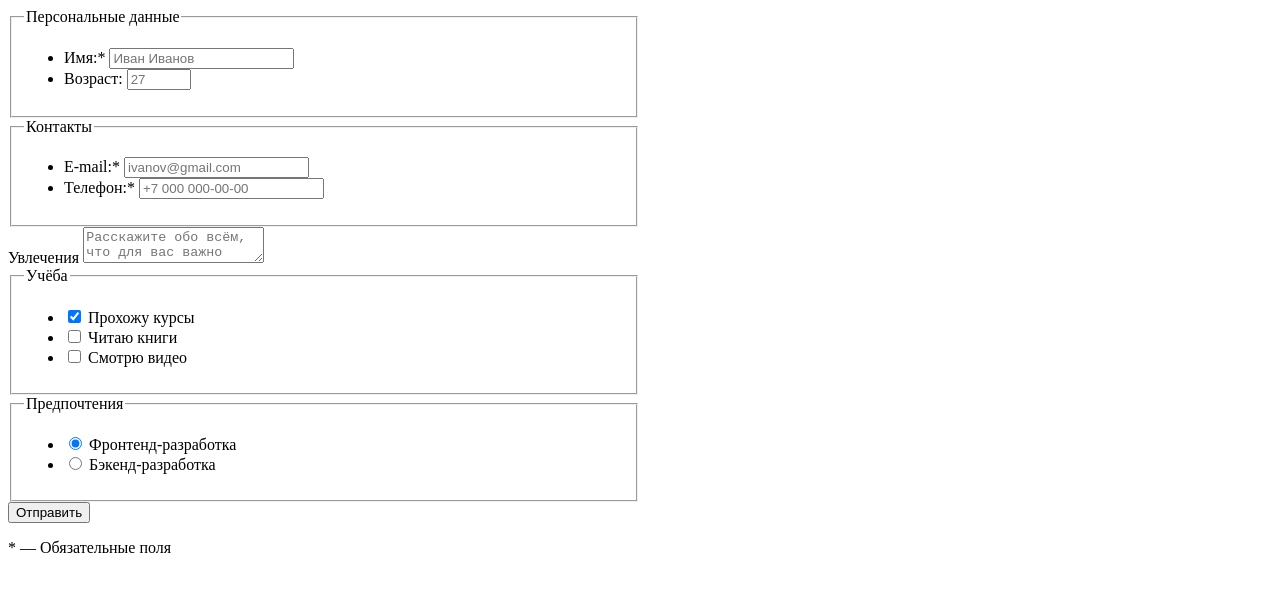
Repository: ssezmar/php...
Page: http://localhost/
These files come from the project's save history. The page is drawn as it stood at one moment and after a run of saves; the edit follows.
The browser window is 1280 px wide. The pictures show the whole page.
The page is run by PHP 8.4 with error messages shown; the project is at /var/www/html/.

Above is the page before, as saved 2025-09-10 12:09:53.

### public_html/index.php
<?php
echo "
<form action='#' method='post' target='_blank' style='width:50%'>

    <fieldset>
      <legend>Персональные данные</legend>
      <ul>
        <li>
          <label for='name'>Имя:*</label>
          <input type='text' name='name' placeholder='Иван Иванов' id='name' required>
        </li>
        <li>
          <label for='age'>Возраст:</label>
          <input type='number' name='age' placeholder='27' id='age' min='0' max='125'>
        </li>
      </ul>
    </fieldset>
    <fieldset>
      <legend>Контакты</legend>
      <ul>
        <li>
          <label for='email'>E-mail:*</label>
          <input type='email' name='mail' placeholder='ivanov@gmail.com' id='email' required>
        </li>
        <li>
          <label for='number'>Телефон:*</label>
          <input type='tel' name='phone' placeholder='+7 000 000-00-00' id='number' maxlength='21' required>
        </li>
      </ul>
    </fieldset>
    <div>
      <label for='message'>Увлечения</label>
      <textarea name='comment' placeholder='Расскажите обо всём, что для вас важно' id='message'></textarea>
    </div>
    <fieldset>
      <legend>Учёба</legend>
      <ul>
        <li>
          <input type='checkbox' name='intensive-courses' id='courses' checked>
          <label for='courses'>Прохожу курсы</label>
        </li>
        <li>
          <input type='checkbox' name='books' id='books'>
          <label for='books'>Читаю книги</label>
        </li>
        <li>
          <input type='checkbox' name='video' id='video'>
          <label for='video'>Смотрю видео</label>
        </li>
      </ul>
    </fieldset>
    <fieldset>
      <legend>Предпочтения</legend>
      <ul>
        <li>
          <input type='radio' name='preference' id='front' value='frontend' checked>
          <label for='front'>Фронтенд-разработка</label>
        </li>
        <li>
          <input type='radio' name='preference' id='back' value='backend'>
          <label for='back'>Бэкенд-разработка</label>
        </li>
      </ul>
    </fieldset>
    <div>
      <button type='submit'>Отправить</button>
      <p>* — Обязательные поля</p>
    </div>
  </form>
  "
  ?>

After the next 4 saves:
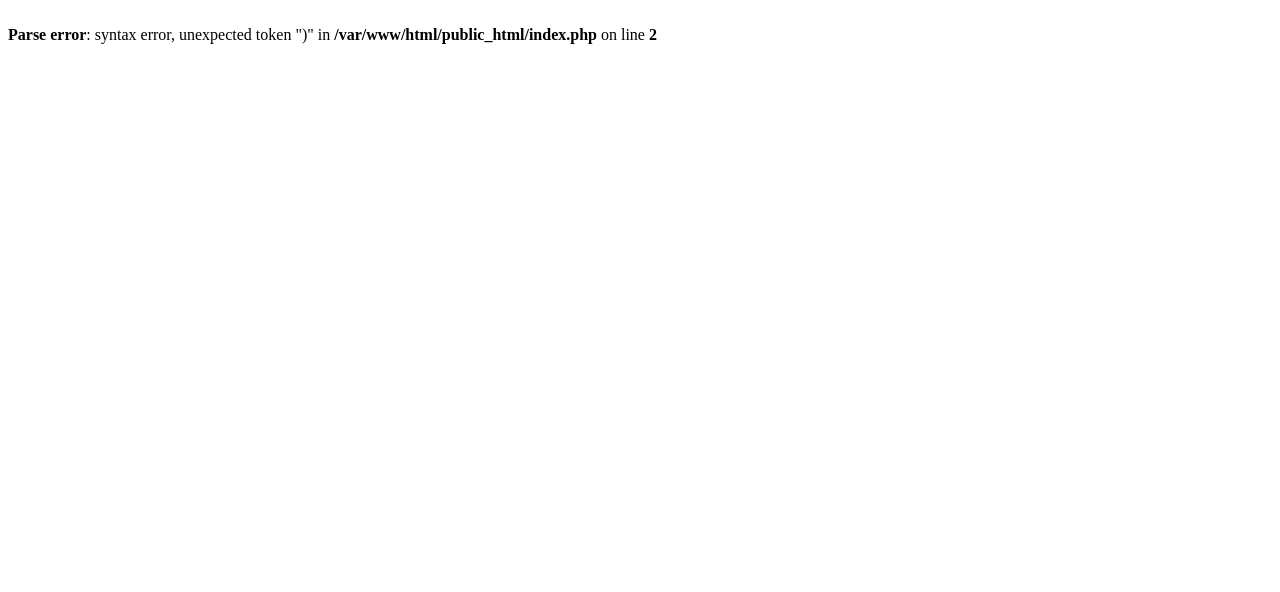
The 4 saves are shown as one change because they came seconds apart.
The last was saved 87 s later.
--- a/public_html/index.php
+++ b/public_html/index.php
@@ -1,4 +1,5 @@
 <?php
+print()
 echo "
 <form action='#' method='post' target='_blank' style='width:50%'>
 

After the save that followed:
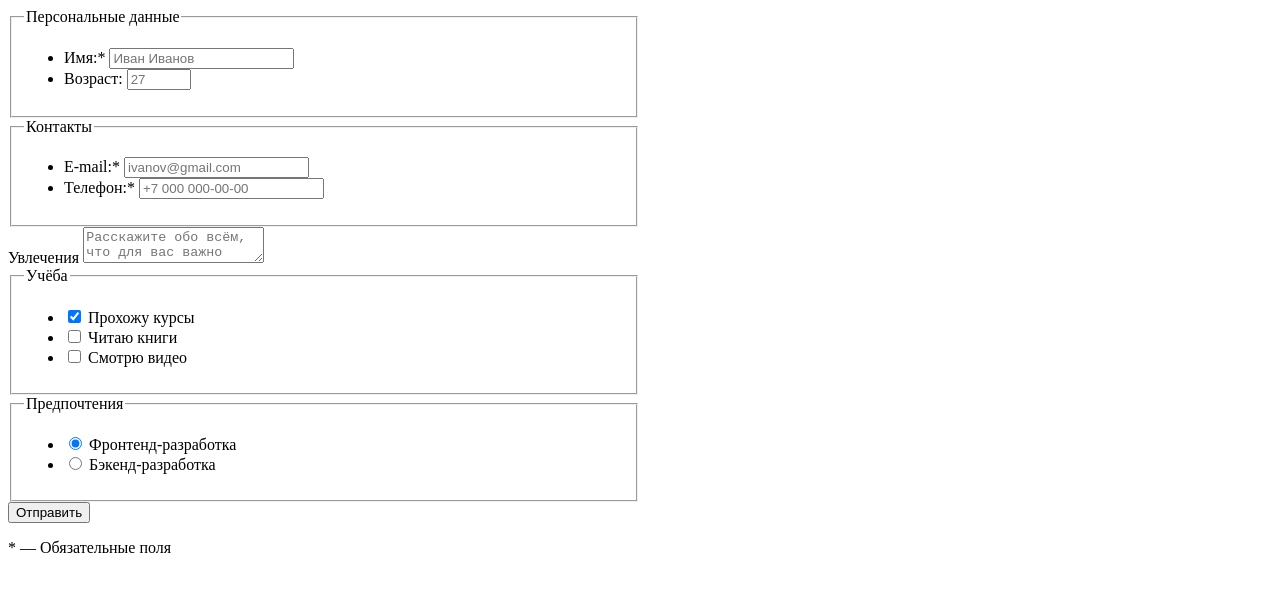
Saved 4 s later.
--- a/public_html/index.php
+++ b/public_html/index.php
@@ -1,5 +1,4 @@
 <?php
-print()
 echo "
 <form action='#' method='post' target='_blank' style='width:50%'>
 
